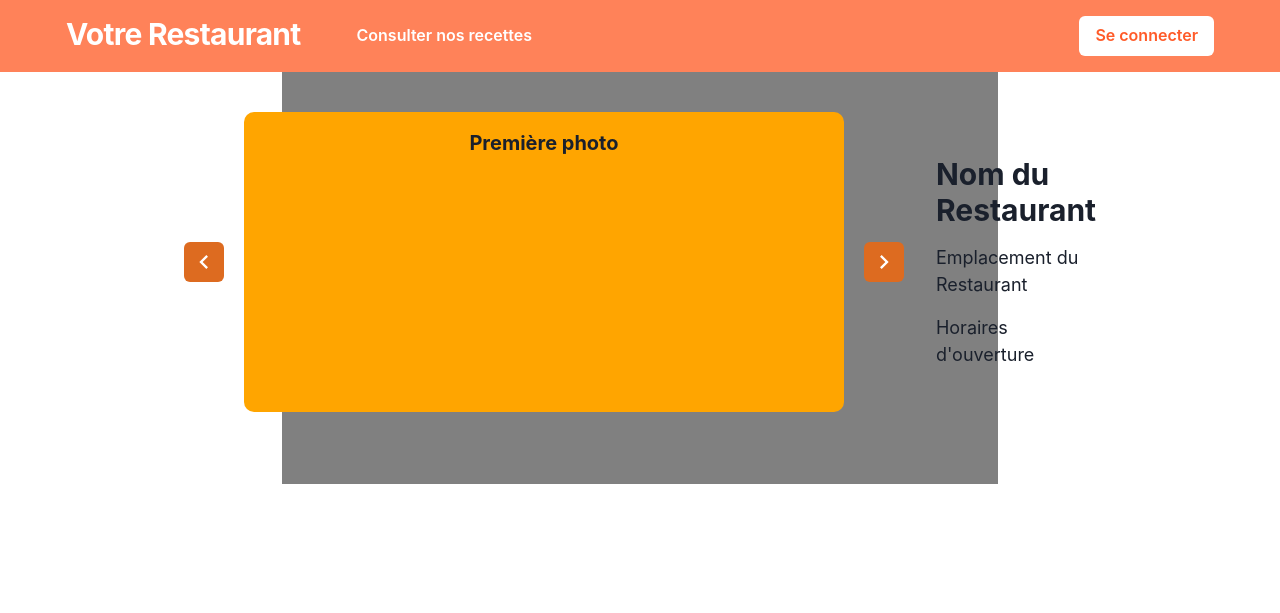
Repository: Ecaron76/tp-restau-next
Page: /
The author's editor kept a copy of each file at every save. The page is drawn from the files as they stood at one save, then again after the next save.
The browser window is 1280 px wide. The pictures show the whole page.
The project was rebuilt for these pictures with package versions that can differ from the ones it lists, and the page was loaded fresh each time. The framework's server and built-in components were replaced by stand-ins that run in the browser. Also part of the build but not shown: next.config.mjs.

Above is the page before, as saved 2024-02-25 19:22:02.

After the next save:
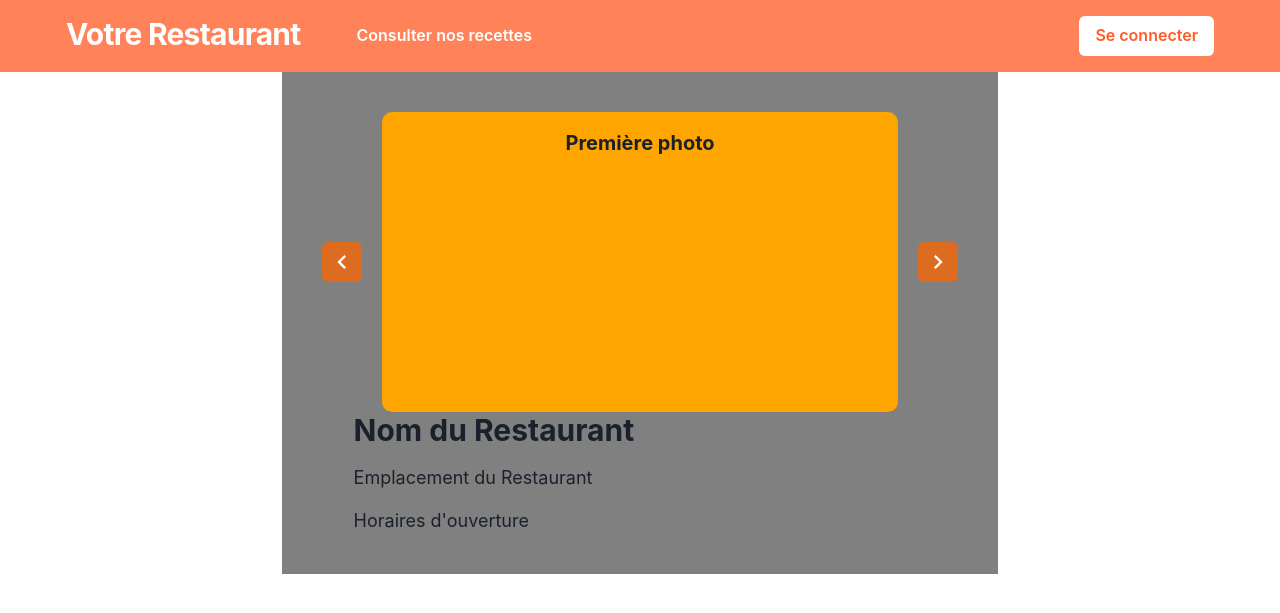
Saved 9 s later.
--- a/src/app/page.tsx
+++ b/src/app/page.tsx
@@ -25,7 +25,7 @@ export default function Home() {
       <Header />
       <PageContainer>
 
-        <Flex align="center" justify="center" mb={8}>
+
         <SliderResto />
         {/* Image du restaurant */}
 
@@ -42,7 +42,7 @@ export default function Home() {
           </Text>
           {/* Ajoutez d'autres informations sur le restaurant ici */}
         </Box>
-      </Flex>
+
       </PageContainer>
     </main>
   );
